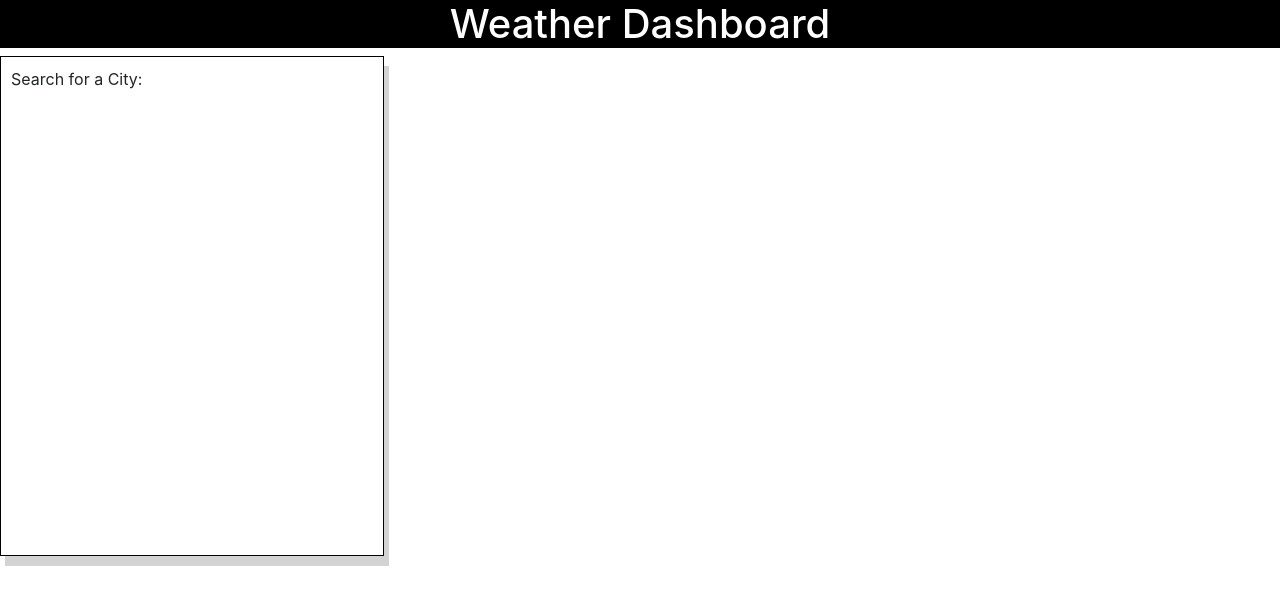
Repository: s88leigh/Weather-Dashboard
Page: index.html
These files come from the project's save history. The page is drawn as it stood at one moment and after a run of saves; the edit follows.
The browser window is 1280 px wide. The pictures show the whole page.

Above is the page before, as saved 2019-10-30 19:59:22.

After the next 2 saves:
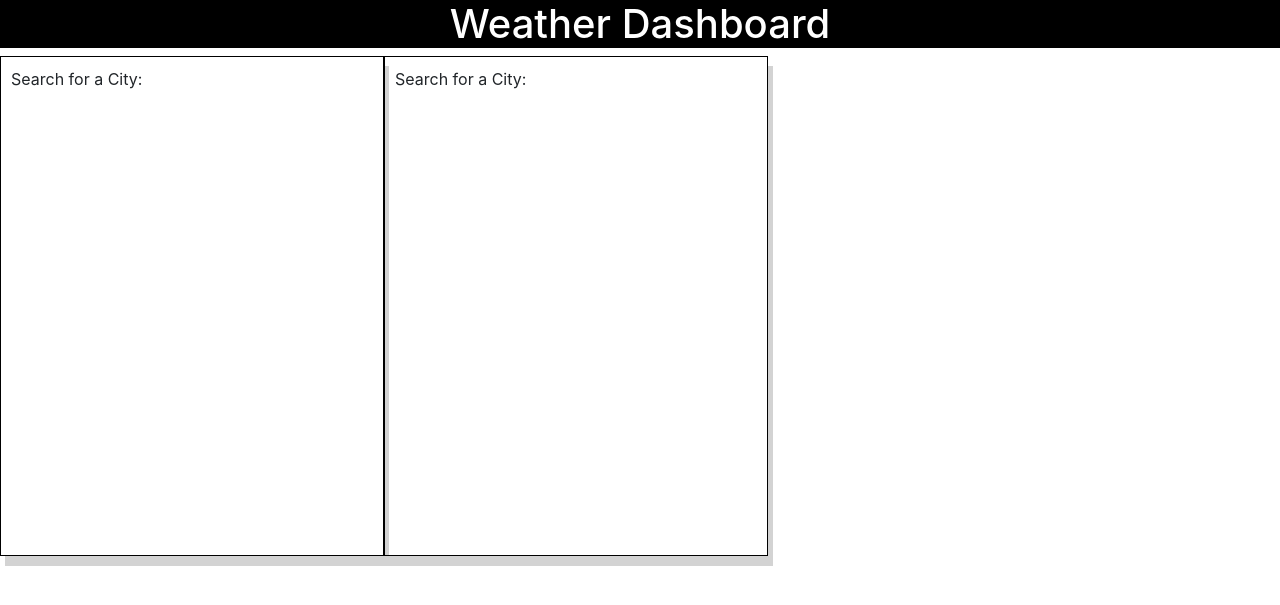
The 2 saves are shown as one change because they came seconds apart.
The last was saved 18 s later.
--- a/index.html
+++ b/index.html
@@ -19,6 +19,10 @@
 
     </div>
 
+    <div id="left-box">
+        <label id="search">Search for a City:</label>
+
+    </div>
 
 
 
